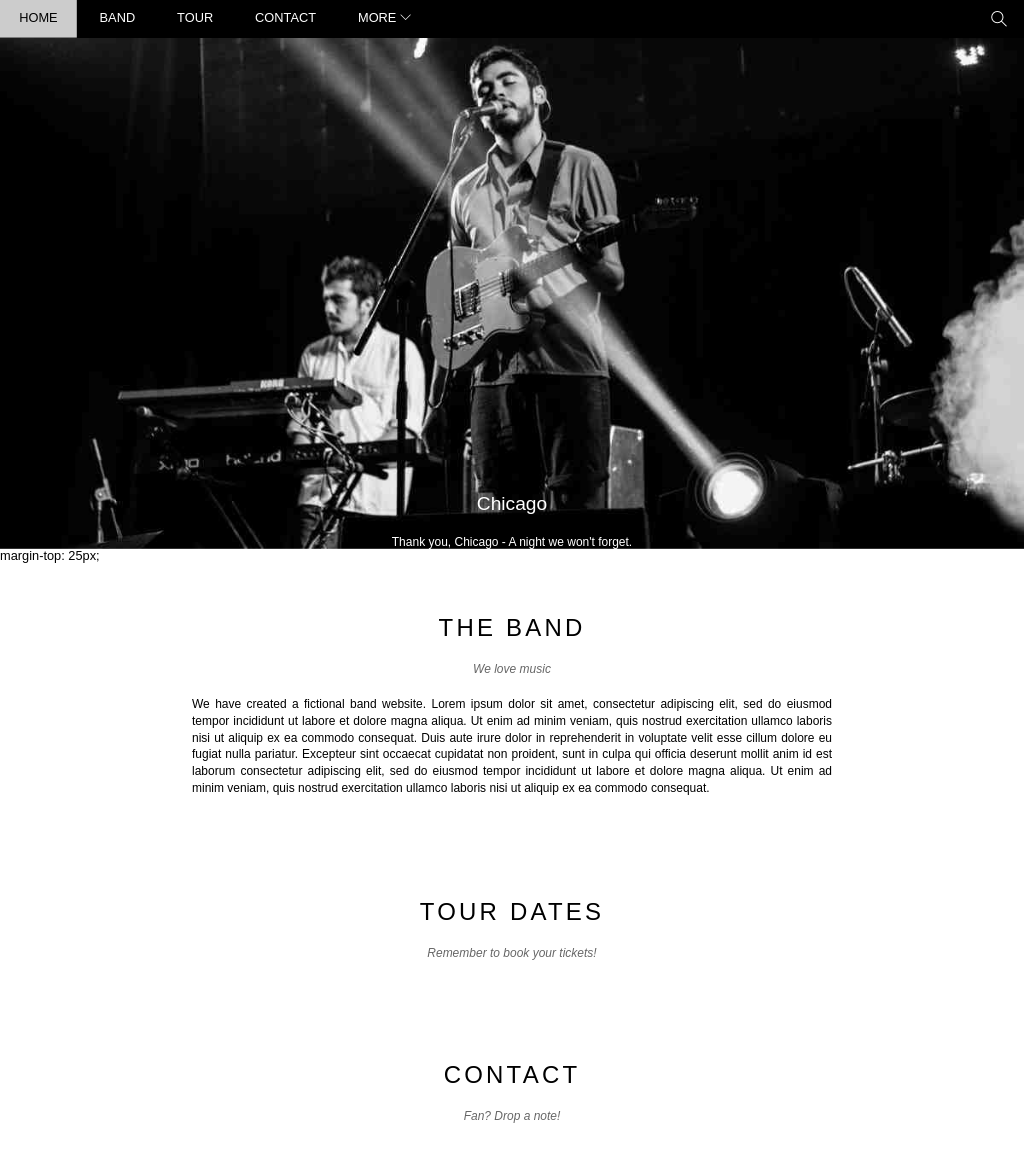
Repository: Thanhtrunghoang123/the-band
Page: index.html
An editor plug-in stored every save of this project. The page is shown before and after the next save, followed by the edit.
The browser window is 1280 px wide. The pictures show the whole page, at 80% of full size.

Above is the page before, as saved 2022-07-20 23:17:48.

After the next save:
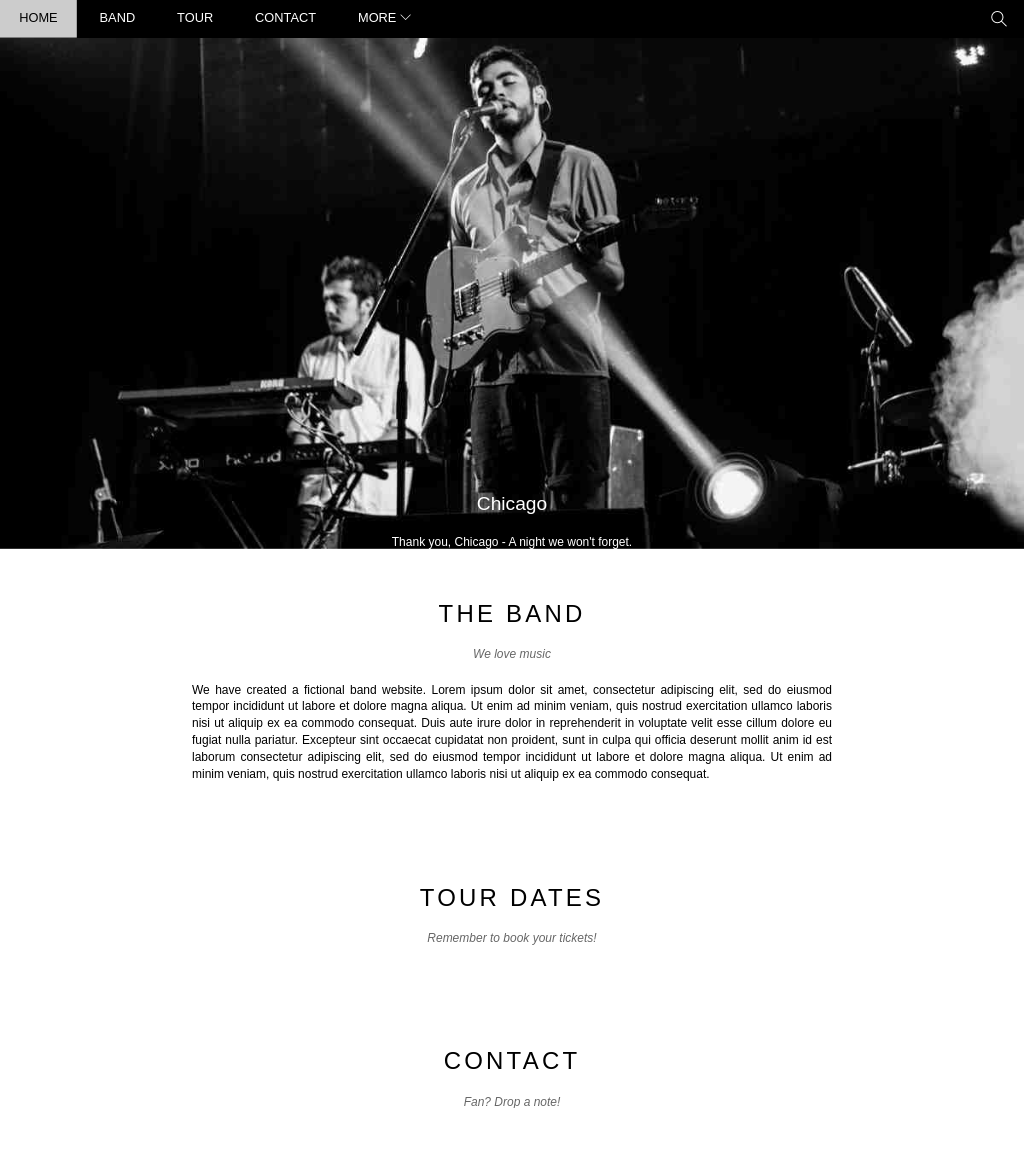
Saved 7 h 3 min later.
--- a/index.html
+++ b/index.html
@@ -54,7 +54,6 @@
         </div>
 
         <div id="content">
-    margin-top: 25px;
             <!-- About section -->
             <div class="content-section">
                 <h2 class="section-heading">THE BAND</h2>
